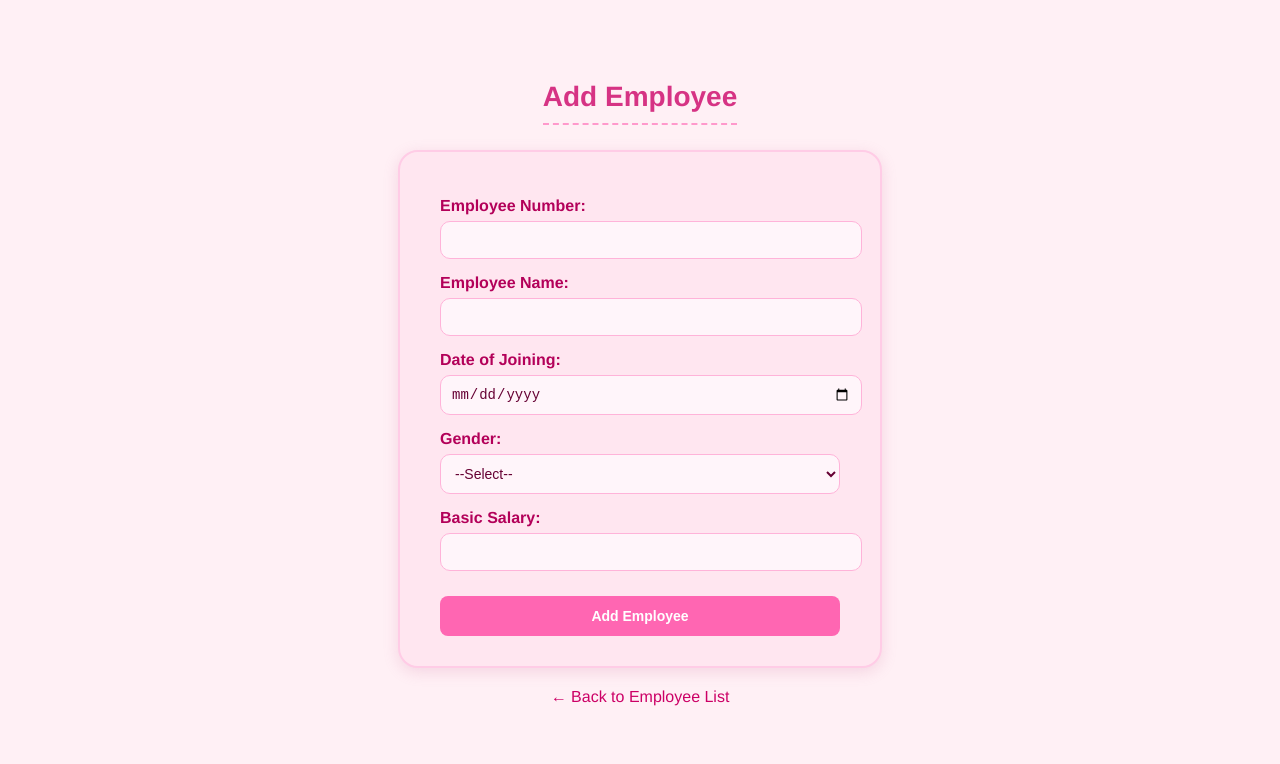
Repository: KUSUMA-74/Advance-JavaProject
Page: http://localhost/EmployeeWebApp/empadd.jsp
The author's editor kept a copy of each file at every save. The page is drawn from the files as they stood at one save, then again after the next save.
The browser window is 1280 px wide. The pictures show the whole page.
The page is served by Tomcat 9. Other server files are loaded and not shown.

Above is the page before, as saved 2025-05-30 15:23:37.

### EmployeeWebApp/src/main/webapp/empadd.jsp
<%@ page contentType="text/html;charset=UTF-8" language="java" %>
<!DOCTYPE html>
<html>
<head>
    <title>Add Employee</title>
    <style>
        body {
            background-color: #fff0f5;
            font-family: 'Helvetica Neue', Helvetica, Arial, sans-serif;
            color: #4a004a;
            display: flex;
            flex-direction: column;
            align-items: center;
            padding: 50px;
        }

        h2 {
            color: #d63384;
            margin-bottom: 25px;
            font-size: 28px;
            border-bottom: 2px dashed #ff99cc;
            padding-bottom: 10px;
        }

        form {
            background-color: #ffe6f0;
            border: 2px solid #ffcce6;
            padding: 30px 40px;
            border-radius: 20px;
            box-shadow: 0 4px 15px rgba(200, 100, 150, 0.2);
            width: 400px;
        }

        label {
            display: block;
            margin-top: 15px;
            font-weight: bold;
            color: #b30059;
        }

        input, select {
            width: 100%;
            padding: 10px;
            margin-top: 6px;
            border: 1px solid #ffb3d9;
            border-radius: 10px;
            background-color: #fff5fa;
            font-size: 14px;
            color: #660033;
        }

        input[type=submit] {
            margin-top: 25px;
            background-color: #ff66b2;
            color: white;
            font-weight: bold;
            border: none;
            padding: 12px;
            cursor: pointer;
            border-radius: 8px;
            transition: background-color 0.3s ease;
        }

        input[type=submit]:hover {
            background-color: #cc3385;
        }

        a {
            margin-top: 20px;
            display: inline-block;
            color: #cc0066;
            text-decoration: none;
            font-weight: 500;
        }

        a:hover {
            text-decoration: underline;
        }

        p {
            margin-top: 20px;
            font-size: 15px;
        }

        .message {
            color: #008000;
        }

        .error {
            color: #cc0000;
        }
    </style>
</head>
<body>
    <h2>Add Employee</h2>

    <form action="AddEmployeeServlet" method="post">
        <label>Employee Number:</label>
        <input type="number" name="empno" required />

        <label>Employee Name:</label>
        <input type="text" name="empname" required />

        <label>Date of Joining:</label>
        <input type="date" name="doj" required />

        <label>Gender:</label>
        <select name="gender" required>
            <option value="">--Select--</option>
            <option value="Male">Male</option>
            <option value="Female">Female</option>
        </select>

        <label>Basic Salary:</label>
        <input type="number" step="0.01" name="bsalary" required />

        <input type="submit" value="Add Employee" />
    </form>

    <a href="empdisplay.jsp">← Back to Employee List</a>

    <%
        String message = request.getParameter("message");
        String error = request.getParameter("error");
        if (message != null) {
    %>
        <p class="message"><%= message %></p>
    <%
        } else if (error != null) {
    %>
        <p class="error"><%= error %></p>
    <%
        }
    %>
</body>
</html>

After the next save:
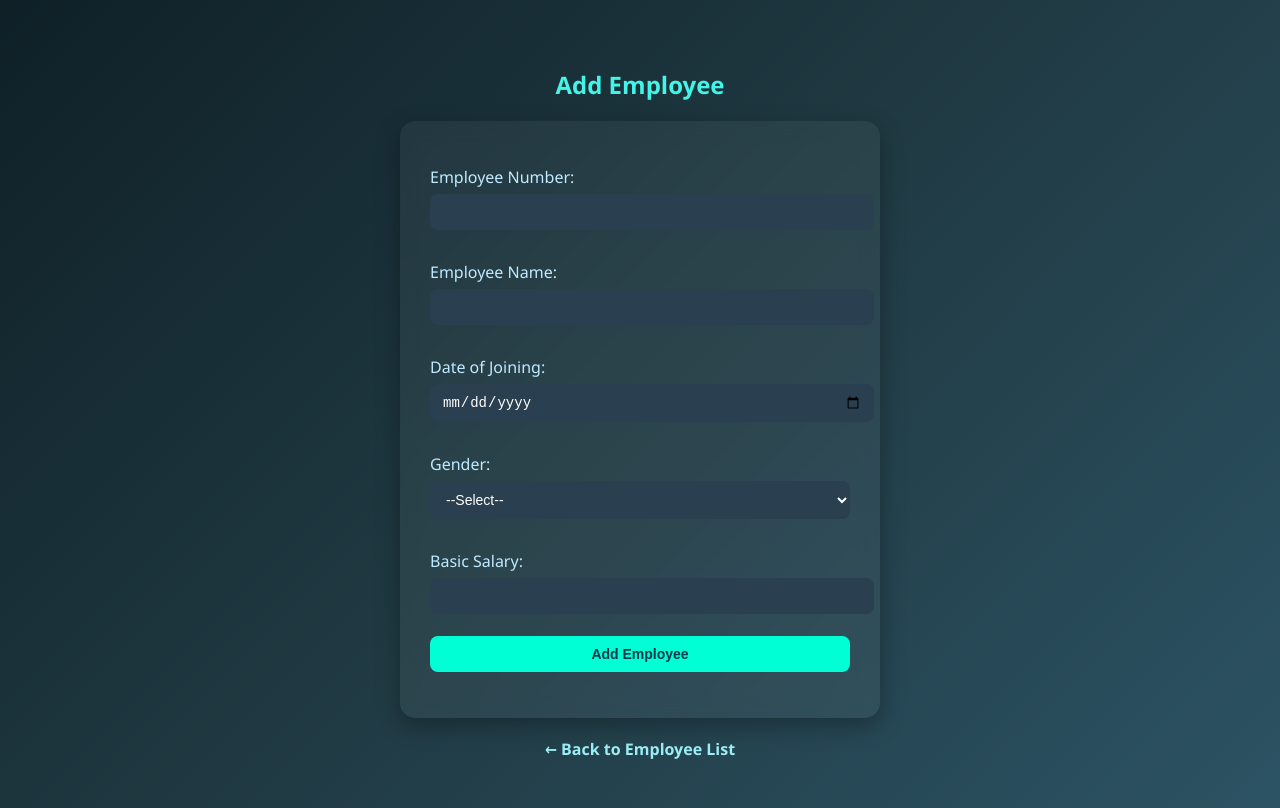
Saved 3 min 53 s later.
--- a/EmployeeWebApp/src/main/webapp/empadd.jsp
+++ b/EmployeeWebApp/src/main/webapp/empadd.jsp
@@ -5,72 +5,70 @@
     <title>Add Employee</title>
     <style>
         body {
-            background-color: #fff0f5;
-            font-family: 'Helvetica Neue', Helvetica, Arial, sans-serif;
-            color: #4a004a;
+            background: linear-gradient(135deg, #0f2027, #203a43, #2c5364);
+            color: #f1f1f1;
+            font-family: 'Segoe UI', Tahoma, Geneva, Verdana, sans-serif;
+            padding: 40px;
             display: flex;
             flex-direction: column;
             align-items: center;
-            padding: 50px;
         }
 
         h2 {
-            color: #d63384;
-            margin-bottom: 25px;
-            font-size: 28px;
-            border-bottom: 2px dashed #ff99cc;
-            padding-bottom: 10px;
+            color: #42f5e6;
+            margin-bottom: 20px;
         }
 
         form {
-            background-color: #ffe6f0;
-            border: 2px solid #ffcce6;
-            padding: 30px 40px;
-            border-radius: 20px;
-            box-shadow: 0 4px 15px rgba(200, 100, 150, 0.2);
-            width: 400px;
+            background: rgba(255, 255, 255, 0.05);
+            backdrop-filter: blur(10px);
+            border-radius: 15px;
+            padding: 30px;
+            box-shadow: 0 8px 24px rgba(0, 0, 0, 0.3);
+            width: 420px;
+            transition: transform 0.2s ease;
+        }
+
+        form:hover {
+            transform: scale(1.01);
         }
 
         label {
+            margin-top: 15px;
             display: block;
-            margin-top: 15px;
-            font-weight: bold;
-            color: #b30059;
+            font-weight: 500;
+            color: #c0eaff;
         }
 
         input, select {
             width: 100%;
-            padding: 10px;
+            padding: 10px 12px;
             margin-top: 6px;
-            border: 1px solid #ffb3d9;
-            border-radius: 10px;
-            background-color: #fff5fa;
+            margin-bottom: 16px;
+            border: none;
+            border-radius: 8px;
+            background-color: #2a3f4f;
+            color: #fff;
             font-size: 14px;
-            color: #660033;
         }
 
         input[type=submit] {
-            margin-top: 25px;
-            background-color: #ff66b2;
-            color: white;
+            background-color: #00ffd5;
+            color: #003a4d;
             font-weight: bold;
-            border: none;
-            padding: 12px;
             cursor: pointer;
-            border-radius: 8px;
             transition: background-color 0.3s ease;
         }
 
         input[type=submit]:hover {
-            background-color: #cc3385;
+            background-color: #00b3a1;
         }
 
         a {
             margin-top: 20px;
-            display: inline-block;
-            color: #cc0066;
+            color: #9ceef5;
             text-decoration: none;
-            font-weight: 500;
+            font-weight: bold;
         }
 
         a:hover {
@@ -83,11 +81,11 @@
         }
 
         .message {
-            color: #008000;
+            color: #b9fbc0;
         }
 
         .error {
-            color: #cc0000;
+            color: #ff6b6b;
         }
     </style>
 </head>

After the save that followed:
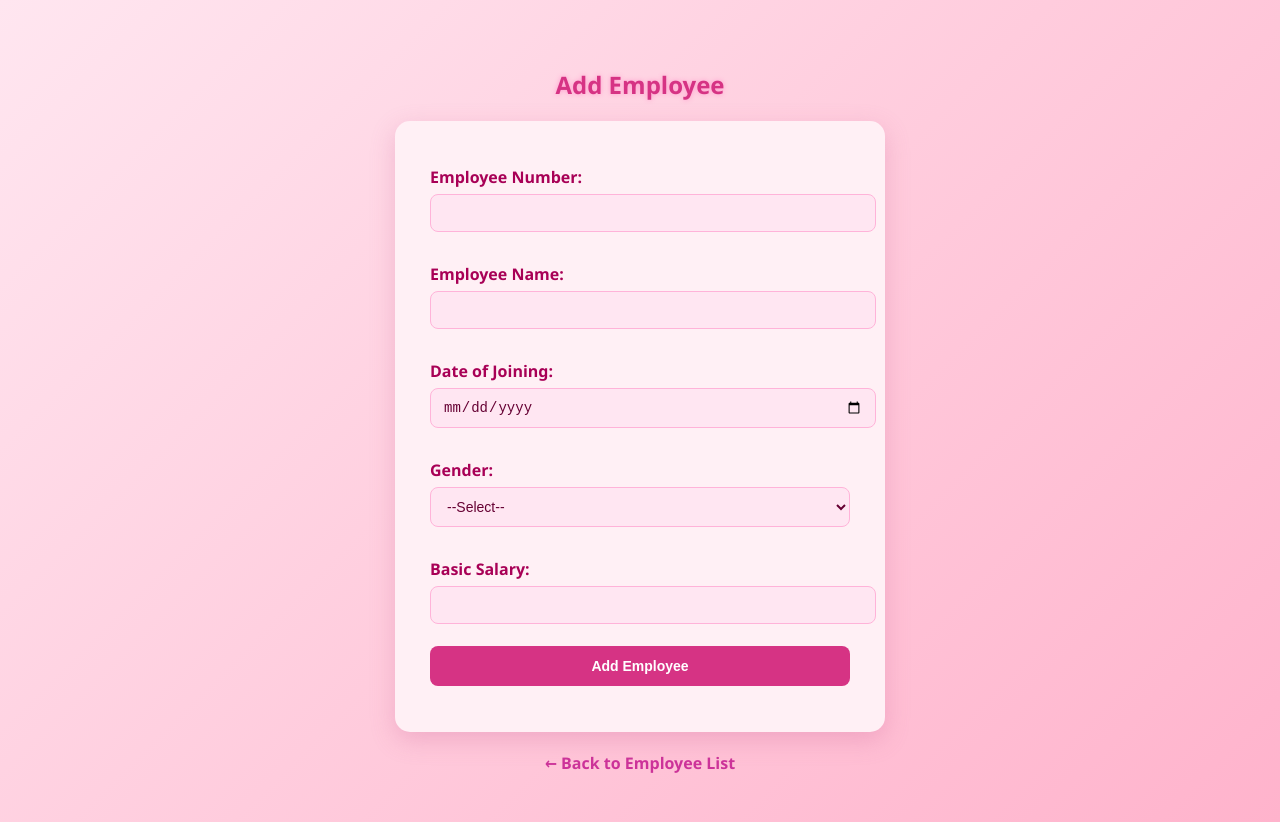
Saved 56 s later.
--- a/EmployeeWebApp/src/main/webapp/empadd.jsp
+++ b/EmployeeWebApp/src/main/webapp/empadd.jsp
@@ -5,8 +5,8 @@
     <title>Add Employee</title>
     <style>
         body {
-            background: linear-gradient(135deg, #0f2027, #203a43, #2c5364);
-            color: #f1f1f1;
+            background: linear-gradient(135deg, #ffe6f0, #ffccdd, #ffb3cc);
+            color: #660033;
             font-family: 'Segoe UI', Tahoma, Geneva, Verdana, sans-serif;
             padding: 40px;
             display: flex;
@@ -15,16 +15,16 @@
         }
 
         h2 {
-            color: #42f5e6;
+            color: #d63384;
             margin-bottom: 20px;
+            text-shadow: 0 0 5px #ff99cc;
         }
 
         form {
-            background: rgba(255, 255, 255, 0.05);
-            backdrop-filter: blur(10px);
+            background: #fff0f5;
             border-radius: 15px;
-            padding: 30px;
-            box-shadow: 0 8px 24px rgba(0, 0, 0, 0.3);
+            padding: 30px 35px;
+            box-shadow: 0 8px 24px rgba(204, 102, 153, 0.3);
             width: 420px;
             transition: transform 0.2s ease;
         }
@@ -36,8 +36,8 @@
         label {
             margin-top: 15px;
             display: block;
-            font-weight: 500;
-            color: #c0eaff;
+            font-weight: 600;
+            color: #a80056;
         }
 
         input, select {
@@ -45,28 +45,31 @@
             padding: 10px 12px;
             margin-top: 6px;
             margin-bottom: 16px;
-            border: none;
+            border: 1px solid #ffb3d9;
             border-radius: 8px;
-            background-color: #2a3f4f;
-            color: #fff;
+            background-color: #ffe6f2;
+            color: #660033;
             font-size: 14px;
         }
 
         input[type=submit] {
-            background-color: #00ffd5;
-            color: #003a4d;
+            background-color: #d63384;
+            color: white;
             font-weight: bold;
             cursor: pointer;
+            border: none;
+            padding: 12px;
+            border-radius: 8px;
             transition: background-color 0.3s ease;
         }
 
         input[type=submit]:hover {
-            background-color: #00b3a1;
+            background-color: #a80056;
         }
 
         a {
             margin-top: 20px;
-            color: #9ceef5;
+            color: #cc3399;
             text-decoration: none;
             font-weight: bold;
         }
@@ -81,11 +84,13 @@
         }
 
         .message {
-            color: #b9fbc0;
+            color: #4b004b;
+            font-weight: 600;
         }
 
         .error {
-            color: #ff6b6b;
+            color: #cc0033;
+            font-weight: 600;
         }
     </style>
 </head>
